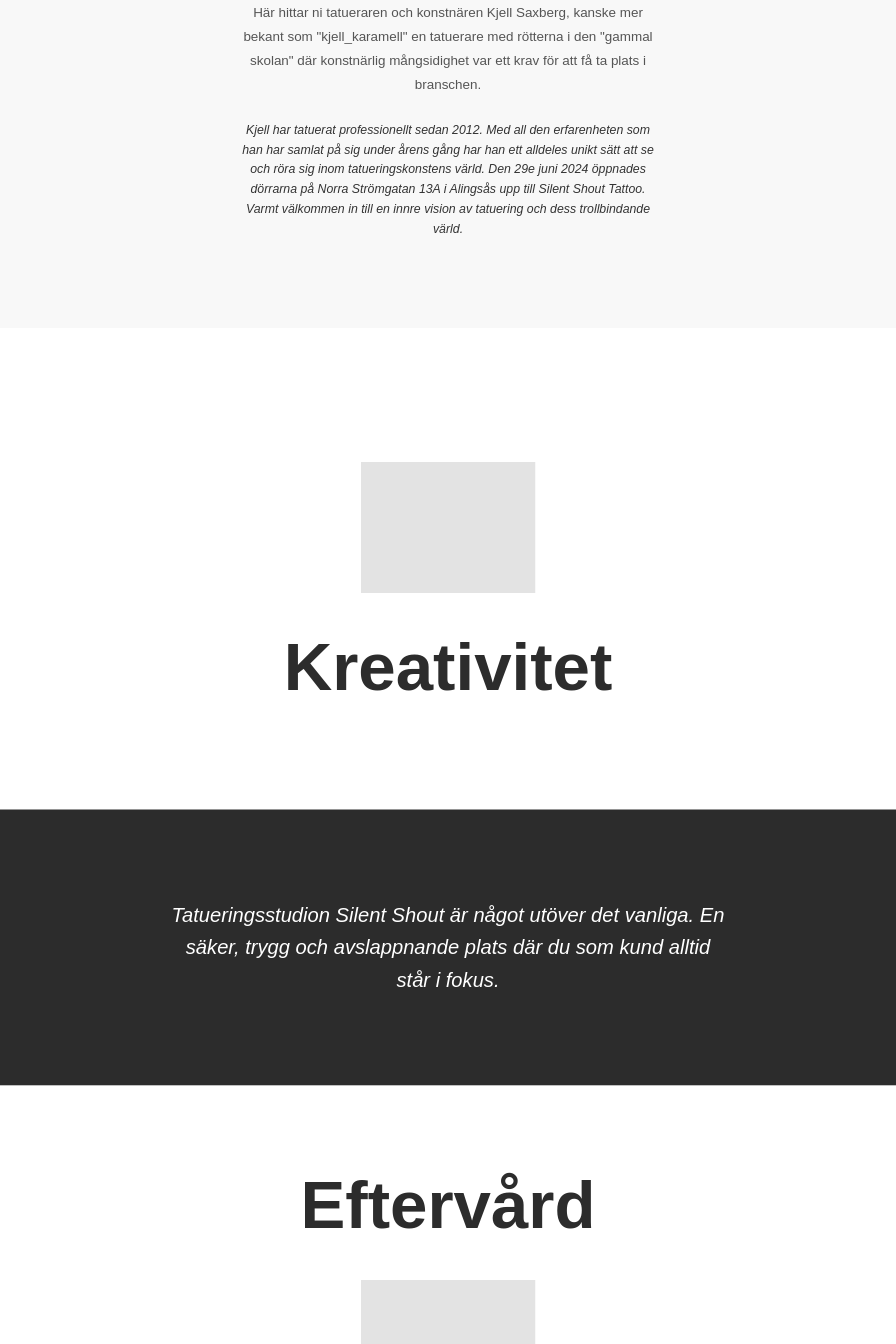
Repository: public-websites/silentshouttattoose
Page: index.html
An editor plug-in stored every save of this project. The page is shown before and after the next save, followed by the edit.
The browser window is 1280 px wide. The pictures show the part of the page from y = 1039 to 2959 px (the page is 6977 px tall), at 70% of full size.
Pictures or frames that could not be fetched are drawn as grey boxes.

Above is the page before, as saved 2025-08-19 08:33:44.

After the next save:
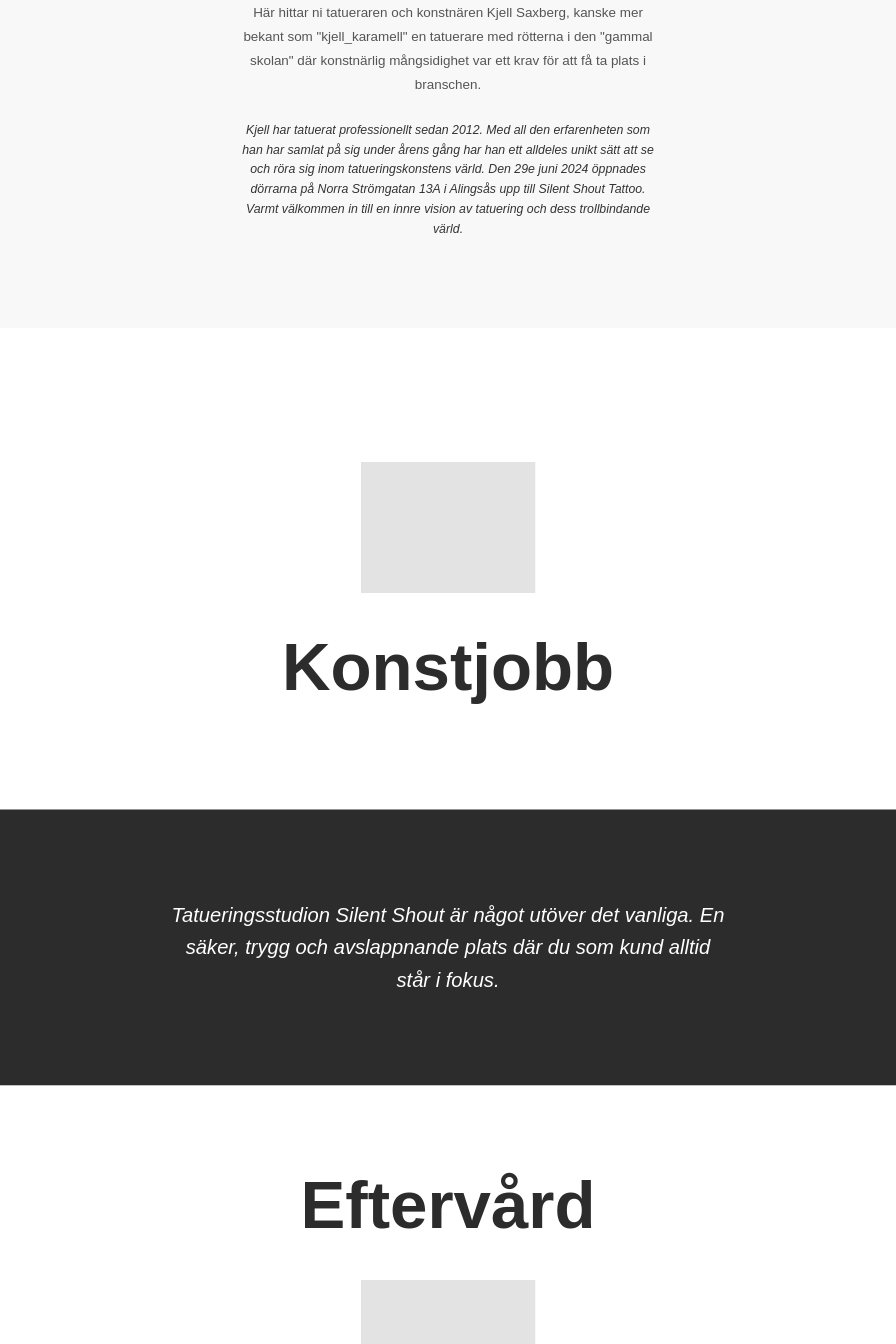
Saved 37 s later.
--- a/index.html
+++ b/index.html
@@ -70,7 +70,7 @@
         </div>
         <div class="container">
             <h2 class="large-text split fade-in">
-Kreativitet            </h2>
+Konstjobb            </h2>
         </div>
 
 
